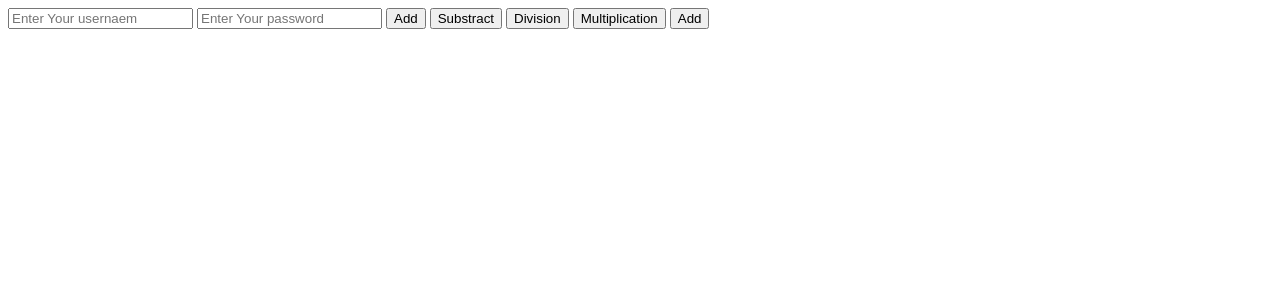
Repository: Rudra-Shiva74/JSP
Page: http://localhost/Check2/
The author's editor kept a copy of each file at every save. The page is drawn from the files as they stood at one save, then again after a run of saves.
The browser window is 1280 px wide. The pictures show the whole page.
The page is served by Tomcat 10. Other server files are loaded and not shown.

Above is the page before, as saved 2023-09-02 19:42:12.

### Check2/src/main/webapp/index.jsp
<%@ page language="java" contentType="text/html; charset=UTF-8"
	pageEncoding="UTF-8"%>
<!DOCTYPE html>
<html>
<head>
<meta charset="UTF-8">
<title>Login Here</title>
</head>
<body>
	<form action="Abhishek" method="post">
		<input type="text" placeholder="Enter Your usernaem" name="username" />
		<input type="password" placeholder="Enter Your password"
			name="password" /> <input type="submit" value="Add" name="action" />
			<input type="submit" value="Substract" name="action" />
			<input type="submit" value="Division" name="action" />
			<input type="submit" value="Multiplication" name="action" />
			<input type="submit" value="Add" name="action" />
	</form>
</body>
</html>

After the next 2 saves:
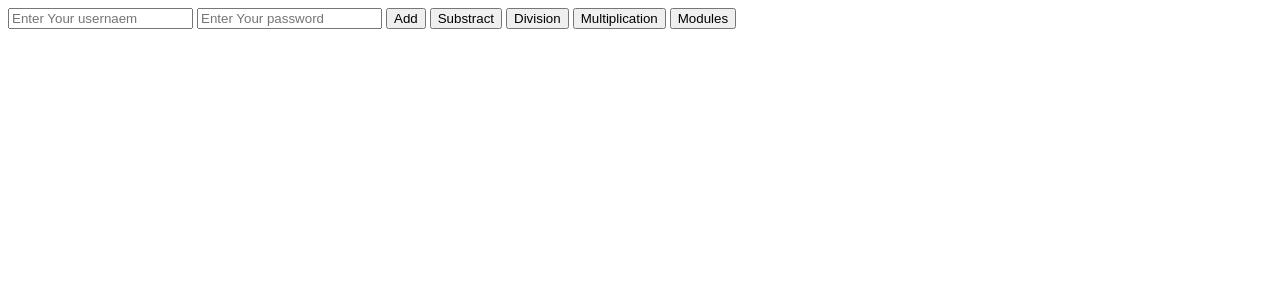
The 2 saves are shown as one change because they came seconds apart.
The last was saved 8 s later.
--- a/Check2/src/main/webapp/index.jsp
+++ b/Check2/src/main/webapp/index.jsp
@@ -11,10 +11,10 @@
 		<input type="text" placeholder="Enter Your usernaem" name="username" />
 		<input type="password" placeholder="Enter Your password"
 			name="password" /> <input type="submit" value="Add" name="action" />
-			<input type="submit" value="Substract" name="action" />
-			<input type="submit" value="Division" name="action" />
-			<input type="submit" value="Multiplication" name="action" />
-			<input type="submit" value="Add" name="action" />
+		<input type="submit" value="Substract" name="action" /> <input
+			type="submit" value="Division" name="action" /> <input type="submit"
+			value="Multiplication" name="action" /> <input type="submit"
+			value="Modules" name="action" />
 	</form>
 </body>
 </html>
